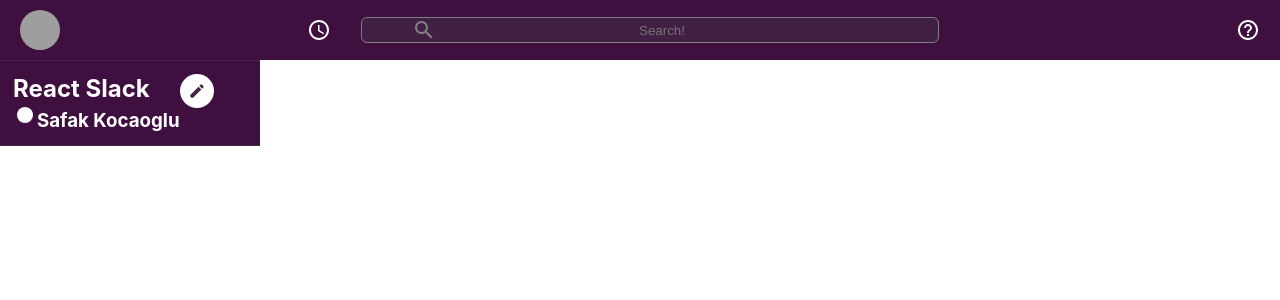
Repository: mminhaz93/React-Slack-Clone
Page: /
An editor plug-in stored every save of this project. The page is shown before and after the next save, followed by the edit.
The browser window is 1280 px wide. The pictures show the whole page.
Pictures or frames that could not be fetched are drawn as grey boxes. The project was rebuilt for these pictures with package versions that can differ from the ones it lists, and the page was loaded fresh each time.

Above is the page before, as saved 2020-08-13 21:01:59.

### src/index.css
* {
  margin: 0;
}

body {
  margin: 0;
  font-family: -apple-system, BlinkMacSystemFont, 'Segoe UI', 'Roboto', 'Oxygen',
    'Ubuntu', 'Cantarell', 'Fira Sans', 'Droid Sans', 'Helvetica Neue',
    sans-serif;
  -webkit-font-smoothing: antialiased;
  -moz-osx-font-smoothing: grayscale;
}

code {
  font-family: source-code-pro, Menlo, Monaco, Consolas, 'Courier New',
    monospace;
}

### src/App.js
import React from 'react';
import './App.css';
import Header from "./components/Header"
import Sidebar from "./components/Sidebar"

function App() {
  return (
    <div className="App">
      <Header />
      <div className="appBody">
        <Sidebar />
      </div>
    </div>
  );
}

export default App;

### src/components/Header.js
import React from "react";
import "./Header.css";
import { Avatar } from "@material-ui/core";
import { AccessTime, Search, HelpOutline } from "@material-ui/icons";

const Header = () => {
  return (
    <div className="header">
      <div className="headerLeft">
        <Avatar className="headerAvatar" alt="Safak" src="safak" />
        <AccessTime />
      </div>
      <div className="headerSearch">
        <Search />
        <input placeholder="Search!" />
      </div>
      <div className="headerRight">
        <HelpOutline />
      </div>
    </div>
  );
};

export default Header;

### src/components/Sidebar.js
import React from "react";
import "./Sidebar.css";
import { FiberManualRecord, Create } from "@material-ui/icons";

const Sidebar = () => {
  return (
    <div className="sidebar">
      <div className="sidebarHeader">
        <div className="sidebarInfo">
          <h2>React Slack</h2>
          <h3>
            <FiberManualRecord />
            Safak Kocaoglu
          </h3>
        </div>
        <Create/>
      </div>
    </div>
  );
};

export default Sidebar;

### src/components/Header.css
.header {
  display: flex;
  align-items: center;
  justify-content: space-between;
  padding: 10px 0;
  background-color: var(--slack-color);
  color: white;
}

.headerLeft {
  flex: 0.3;
  display: flex;
  align-items: center;
  margin-left: 20px;
}

.headerLeft > .MuiSvgIcon-root {
  margin-left: auto;
  margin-right: 30px;
}

.headerSearch {
  flex: 0.4;
  background-color: #421f44;
  text-align: center;
  display: flex;
  padding: 0 50px;
  color: gray;
  border: 1px solid gray;
  border-radius: 6px;
}

.headerSearch > input {
  background-color: transparent;
  border: none;
  text-align: center;
  min-width: 35vw;
}

.headerRight {
  flex: 0.3;
  display: flex;
  align-items: flex-end;
}

.headerRight > .MuiSvgIcon-root {
    margin-left: auto;
    margin-right: 20px;
  }

### src/components/Sidebar.css
.sidebar {
  background-color: var(--slack-color);
  border-top: 1px solid #49274b;
  max-width: 260px;
  color: white;
}

.sidebarHeader {
  display: flex;
  border-bottom: 1px solid #49274b;
  padding-bottom: 10px;
  padding: 13px;
}

.sidebarHeader > .MuiSvgIcon-root {
  padding: 8px;
  color: #49274b;
  font-size: 18px;
  background-color: white;
  border-radius: 999px;
}

Loaded but not shown: public/index.html (common file); src/index.js (common file); src/serviceWorker.js (common file); src/App.css (common file)

After the next save:
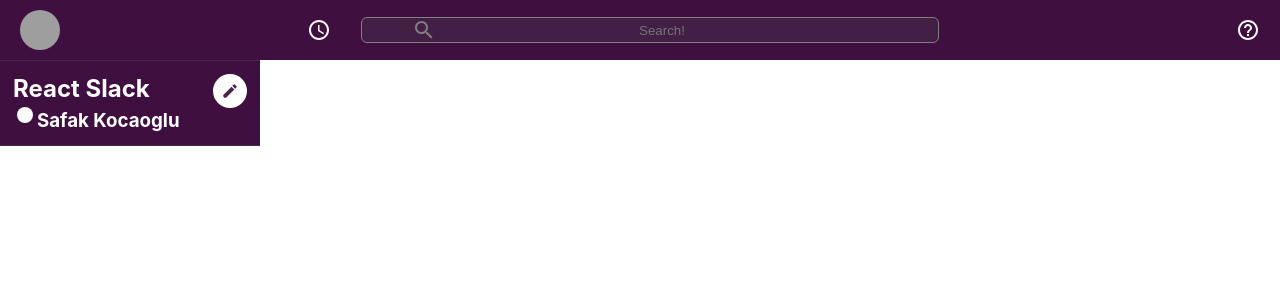
Saved 48 s later.
--- a/src/components/Sidebar.css
+++ b/src/components/Sidebar.css
@@ -12,6 +12,10 @@
   padding: 13px;
 }
 
+.sidebarInfo{
+    flex:1
+}
+
 .sidebarHeader > .MuiSvgIcon-root {
   padding: 8px;
   color: #49274b;
